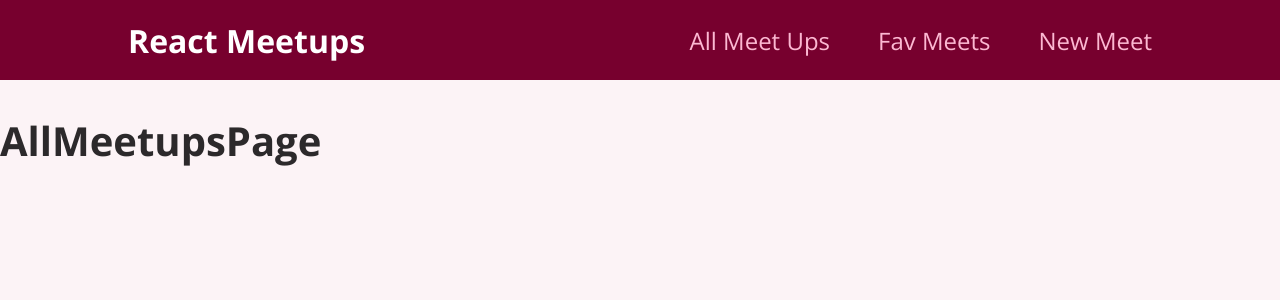
Repository: portretrieve/react-meetup-app
Page: /
These files come from the project's save history. The page is drawn as it stood at one moment and after the next save; the edit follows.
The browser window is 1280 px wide. The pictures show the whole page.
The project was rebuilt for these pictures with package versions that can differ from the ones it lists, and the page was loaded fresh each time. A package was used in the major version that the imports need, not the one package.json lists. Also part of the build but not shown: src/pages/Favourites.js, src/pages/NewMeetup.js.

Above is the page before, as saved 2021-08-17 18:26:54.

After the next save:
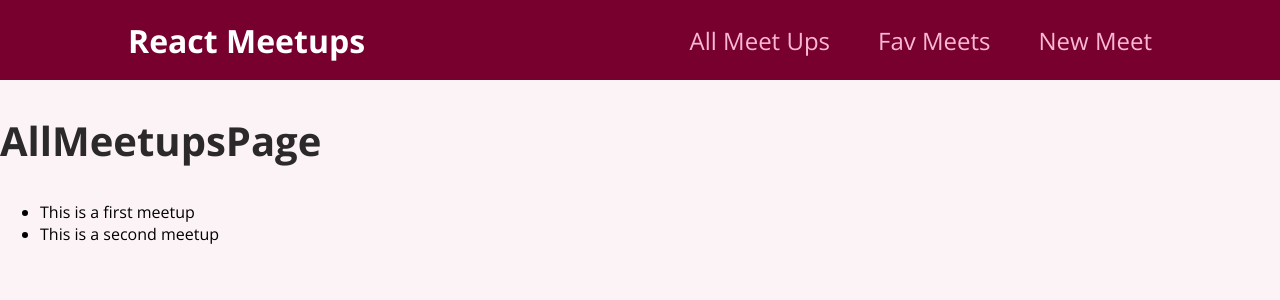
Saved 25 s later.
--- a/src/pages/AllMeetups.js
+++ b/src/pages/AllMeetups.js
@@ -25,7 +25,7 @@ function AllMeetupsPage() {
       <h1>AllMeetupsPage</h1>
       <ul>
         {DUMMY_DATA.map((meetup) => {
-          <li>{meetup.title}</li>;
+          return <li>{meetup.title}</li>;
         })}
       </ul>
     </section>
